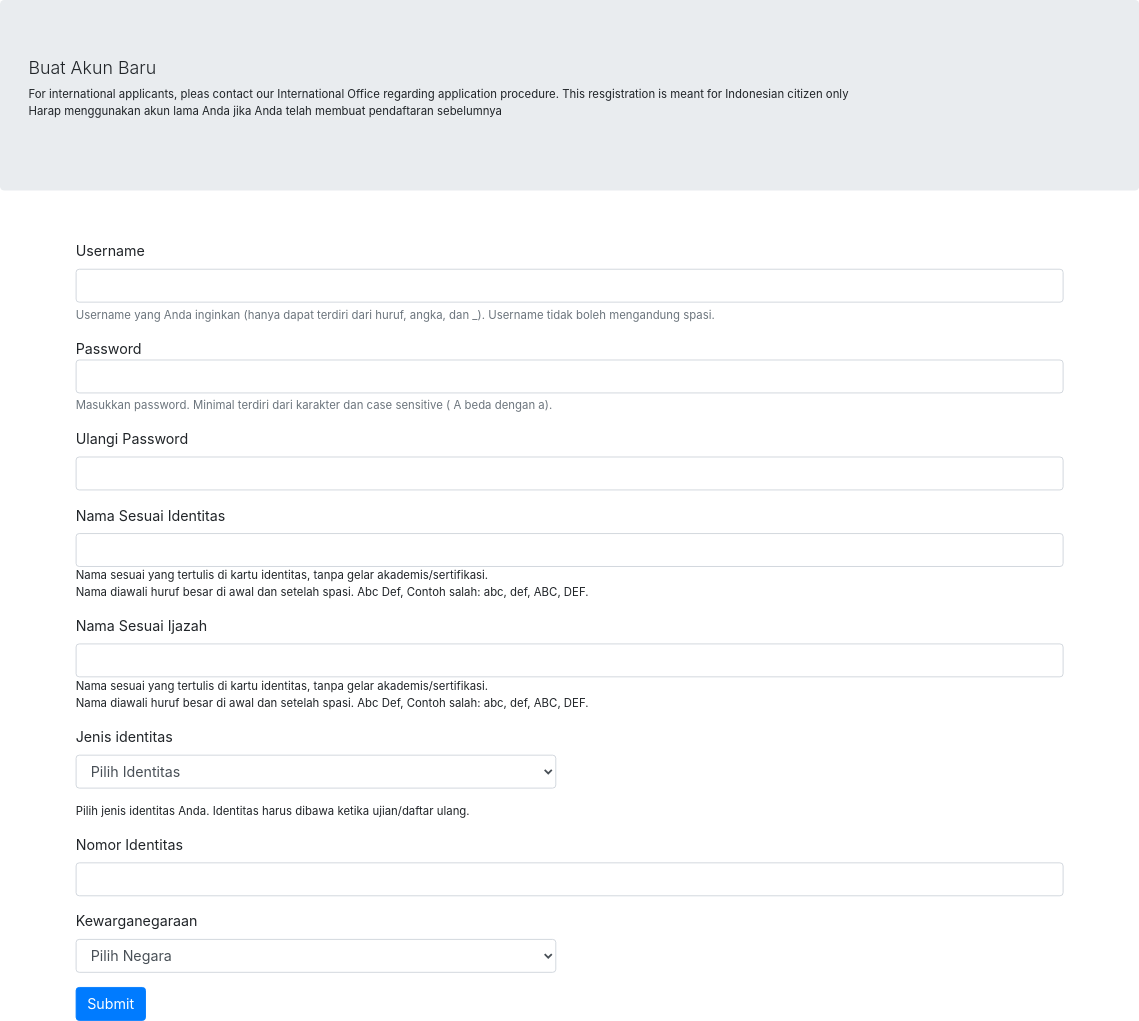
Repository: Irantsitumorang/projectRepo1
Page: BelajarJS/LatihanHTML/WebContent/regist.html
The author's editor kept a copy of each file at every save. The page is drawn from the files as they stood at one save, then again after the next save.
The browser window is 1280 px wide. The pictures show the whole page, at 89% of full size.

Above is the page before, as saved 2021-06-25 07:00:02.

### BelajarJS/LatihanHTML/WebContent/regist.html
<!DOCTYPE html>
<html lang="en">

<head>

    <title> Validasi </title>
    <link rel="stylesheet" href="https://stackpath.bootstrapcdn.com/bootstrap/4.4.1/css/bootstrap.min.css" integrity="sha384-Vkoo8x4CGsO3+Hhxv8T/Q5PaXtkKtu6ug5TOeNV6gBiFeWPGFN9MuhOf23Q9Ifjh" crossorigin="anonymous">

</head>

<body>

    <div class="jumbotron">
        <h1 class="lead"> Buat Akun Baru </h1>
        <p class="small"> For international applicants, pleas contact our International Office regarding application procedure. This resgistration is meant for Indonesian citizen only <br> Harap menggunakan akun lama Anda jika Anda telah membuat pendaftaran sebelumnya
        </p>
    </div>
    <br>


    <div class="container">
        <form>

            <div class="form-group" class="col-md-6">
                <label for="exampleInputEmail1"> Username </label>
                <input type="text" class="form-control" id="username" aria-describedby="emailHelp">
                <small class="form-text text-muted"> Username
                        yang Anda inginkan (hanya dapat terdiri dari huruf,
                        angka, dan _). Username tidak boleh mengandung spasi.
                    </small>
            </div>

            <div class="form-group" class="col-md-6">
                <label"> Password </label>
                <input type="password" class="form-control" >
                <small class="form-text text-muted" id="password"> Masukkan
                        password. Minimal terdiri dari karakter dan case
                        sensitive ( A beda dengan a). </small>
            </div>

            <div class="form-group" class="col-md-6">
                <label> Ulangi Password </label>
                <input type="email" class="form-control" id="ulangi" >
            </div>

            <div class="form-group" class="col-md-6">
                <label> Nama Sesuai Identitas </label>
                <input type="email" class="form-control" id="identitas" >
                <p class="small"> Nama sesuai yang tertulis di kartu identitas, tanpa gelar akademis/sertifikasi. <br> Nama diawali huruf besar di awal dan setelah spasi. Abc Def, Contoh salah: abc, def, ABC, DEF. </p>
            </div>

            <div class="form-group" class="col-md-6" >
                <label> Nama Sesuai Ijazah </label>
                <input type="text" class="form-control" id="ijazah" >
                <p class="small"> Nama sesuai yang tertulis di kartu identitas, tanpa gelar akademis/sertifikasi. <br> Nama diawali huruf besar di awal dan setelah spasi. Abc Def, Contoh salah: abc, def, ABC, DEF. </p>
            </div>

            <div class="row">
                <div class="col-md-6">
                    <div class="form-group" id="ji">
                        <label> Jenis identitas </label>
                        <Select class="form-control">
                                <option> Pilih Identitas </option>
                                <option> KTP </option>
                                <option> SIM </option>
                                <option> Passpord </option>
                                <option> Lainnya </option>
                            </select>
                    </div>
                    <p class="small"> Pilih jenis identitas Anda. Identitas harus dibawa ketika ujian/daftar ulang. </p>
                </div>
            </div>

            <div class="form-group">
                <label> Nomor Identitas </label>
                <input type="email" class="form-control" id="noidentitas" >
            </div>

            <div class="row">
                <div class="col-md-6">
                    <div class="form-group" id="negara">
                        <label> Kewarganegaraan </label>
                        <Select class="form-control">
                                <option> Pilih Negara </option>
                                <option> Republik Indonesia </option>
                                <option> Wakanda </option>
                                <option> Wkwk Land </option>
                                <option> Lainnya </option>
                            </select>
                    </div>
                </div>
            </div>

            <button type="submit" class="btn btn-primary">Submit</button> <br/>
        </form>

    </div>

</body>

<script type="text/javascript">
    // elemen input
    var Username = document.getElementById("Username");
    var Password = document.getElementById("Password");
    var usia = document.getElementById("usia");
    var gelar = document.getElementById("gelar");

    // red text
    var vNama = document.getElementById("vNama");
    var vAlamat = document.getElementById("vAlamat");
    var vUsia = document.getElementById("vUsia");
    var vGelar = document.getElementById("vGelar");

    // condition
    function validasi() {
        if (nama.value == "") {
            vNama.style.display = "block";
        } else {
            vNama.style.display = "none";
        }

        if (alamat.value == "") {
            vAlamat.style.display = "block";
        } else {
            vAlamat.style.display = "none";
        }

        if (usia.value == "") {
            vUsia.style.display = "block";
        } else {
            vUsia.style.display = "none";
        }

        if (gelar.value == "") {
            vGelar.style.display = "block";
        } else {
            vGelar.style.display = "none";
        }
    }
</script>

</html>

After the next save:
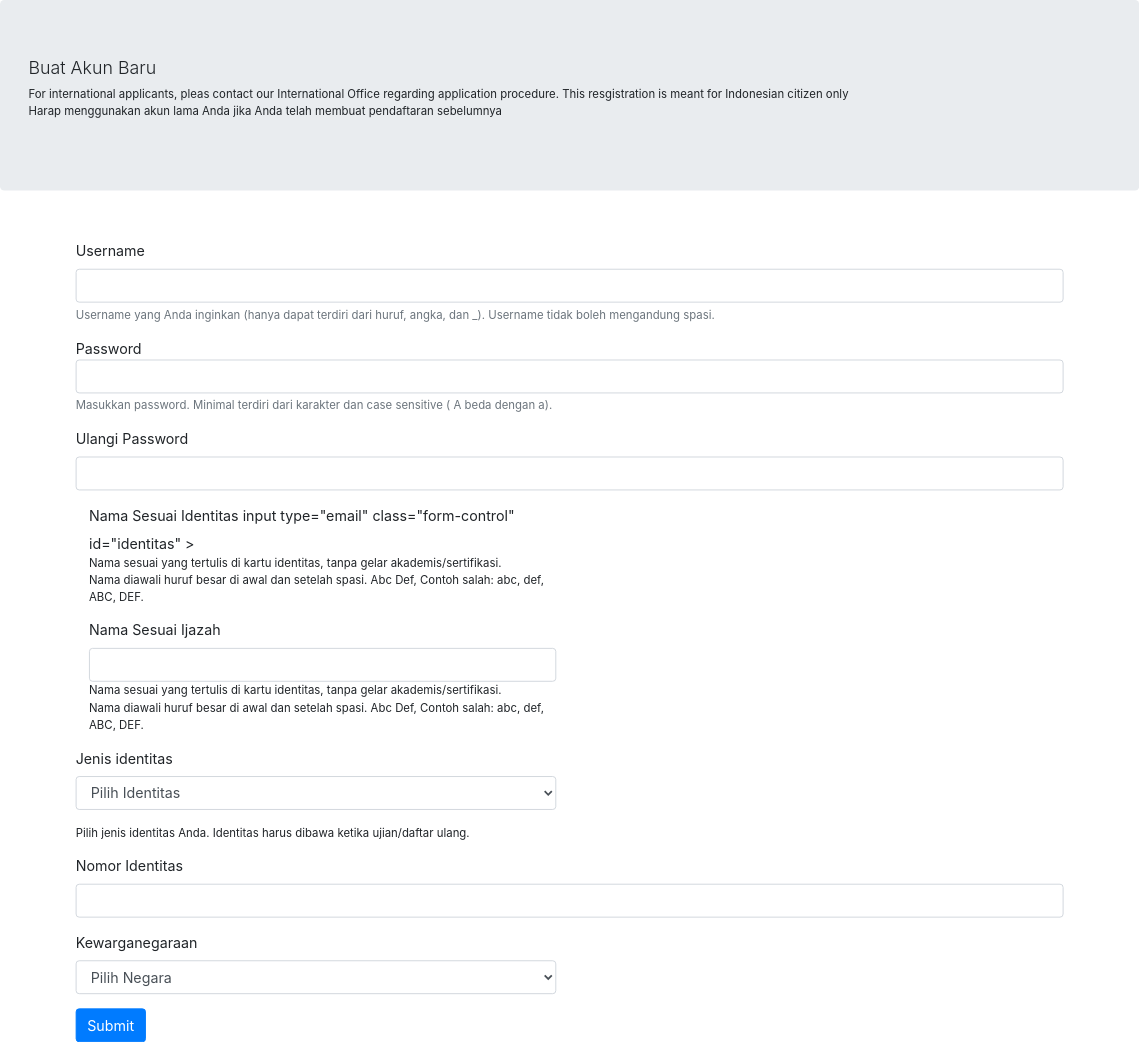
Saved 82 s later.
--- a/BelajarJS/LatihanHTML/WebContent/regist.html
+++ b/BelajarJS/LatihanHTML/WebContent/regist.html
@@ -21,7 +21,7 @@
     <div class="container">
         <form>
 
-            <div class="form-group" class="col-md-6">
+            <div class="form-group">
                 <label for="exampleInputEmail1"> Username </label>
                 <input type="text" class="form-control" id="username" aria-describedby="emailHelp">
                 <small class="form-text text-muted"> Username
@@ -30,7 +30,7 @@
                     </small>
             </div>
 
-            <div class="form-group" class="col-md-6">
+            <div class="form-group">
                 <label"> Password </label>
                 <input type="password" class="form-control" >
                 <small class="form-text text-muted" id="password"> Masukkan
@@ -38,21 +38,25 @@
                         sensitive ( A beda dengan a). </small>
             </div>
 
-            <div class="form-group" class="col-md-6">
+            <div class="form-group">
                 <label> Ulangi Password </label>
                 <input type="email" class="form-control" id="ulangi" >
             </div>
 
-            <div class="form-group" class="col-md-6">
-                <label> Nama Sesuai Identitas </label>
-                <input type="email" class="form-control" id="identitas" >
-                <p class="small"> Nama sesuai yang tertulis di kartu identitas, tanpa gelar akademis/sertifikasi. <br> Nama diawali huruf besar di awal dan setelah spasi. Abc Def, Contoh salah: abc, def, ABC, DEF. </p>
+            <div class="form-group">
+            	<div class="col-md-6">
+                	<label> Nama Sesuai Identitas </label>
+                	input type="email" class="form-control" id="identitas" >
+                	<p class="small"> Nama sesuai yang tertulis di kartu identitas, tanpa gelar akademis/sertifikasi. <br> Nama diawali huruf besar di awal dan setelah spasi. Abc Def, Contoh salah: abc, def, ABC, DEF. </p>
             </div>
+             </div>
 
-            <div class="form-group" class="col-md-6" >
-                <label> Nama Sesuai Ijazah </label>
-                <input type="text" class="form-control" id="ijazah" >
-                <p class="small"> Nama sesuai yang tertulis di kartu identitas, tanpa gelar akademis/sertifikasi. <br> Nama diawali huruf besar di awal dan setelah spasi. Abc Def, Contoh salah: abc, def, ABC, DEF. </p>
+            <div class="form-group">
+            	<div class="col-md-6">
+                	<label> Nama Sesuai Ijazah </label>
+                	<input type="text" class="form-control" id="ijazah" >
+                	<p class="small"> Nama sesuai yang tertulis di kartu identitas, tanpa gelar akademis/sertifikasi. <br> Nama diawali huruf besar di awal dan setelah spasi. Abc Def, Contoh salah: abc, def, ABC, DEF. </p>
+            	</div>
             </div>
 
             <div class="row">
